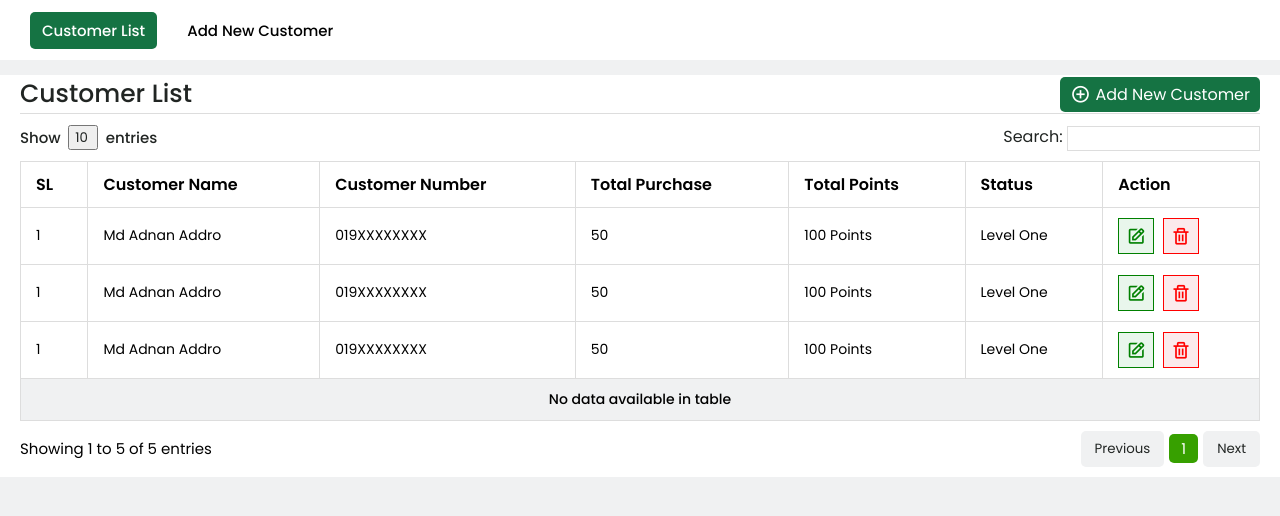
Repository: codebyaddro/customer-page
Page: customer.html
An editor plug-in stored every save of this project. The page is shown before and after a run of saves, followed by the edit.
The browser window is 1280 px wide. The pictures show the whole page.

Above is the page before, as saved 2025-02-20 14:33:01.

### customer.html
<!DOCTYPE html>
<html lang="en">
<head>
    <meta charset="UTF-8">
    <meta name="viewport" content="width=device-width, initial-scale=1.0">
    <!-- CSS -->
    <link rel="stylesheet" href="css/customer.css">
    <!-- Icons -->
    <link href='https://unpkg.com/boxicons@2.1.4/css/boxicons.min.css' rel='stylesheet'>
    <title>Customer - Page</title>
</head>
<body style="background-color: var(--gray-white);">
    <div class="cba-customer-container">
        <div class="cba-cusc-top-menus">
            <ul>
                <li><a href="/index.html" class="cba-cusc-active-menu">Customer List</a></li>
                <li><a href="/inner-pages/html/anc.html" class="cba-cusc-light-up">Add New Customer</a></li>
            </ul>
        </div>
        <div class="cba-cusc-list-container">
            <div class="cba-cusc-heading-add-new-btn">
                <div class="cba-cusc-heading">
                    <h2>Customer List</h2>
                </div>
                <div class="cba-cusc-add-new-btn">
                    <i class='cba-cusc-add-icon bx bx-plus-circle'></i>
                    <a href="/inner-pages/html/anc.html">Add New Customer</a>
                </div>
            </div>
            <div class="cba-cusc-list-short-dpdwn-search-box">
                <div class="cba-cusc-list-short-dpdwn">
                    <h3>Show</h3>
                    <select name="10" id="">
                        <option value="">10</option>
                        <option value="">20</option>
                        <option value="">30</option>
                        <option value="">All</option>
                    </select>
                    <h3>entries</h3>
                </div>
                <div class="cba-cusc-search-box">
                    <legend>Search: <input type="text"></legend>
                </div>
            </div>
            <div class="cba-cusc-table-list">
                <table>
                    <thead>
                        <tr>
                            <th title="SL">SL</th>
                            <th title="Code">Customer Name</th>
                            <th title="Category Name">Customer Number</th>
                            <th title="Status">Total Purchase</th>
                            <th title="Status">Total Points</th>
                            <th title="Status">Status</th>
                            <th title="Action">Action</th>
                        </tr>
                    </thead>
                    <tbody>
                        <tr>
                            <td>1</td>
                            <td>Md Adnan Addro</td>
                            <td>019XXXXXXXX</td>
                            <td>50</td>
                            <td><span>100</span> Points</td>
                            <td><span class="cba-cusc-ls1">Level One</span></td>
                            <td>
                                <a title="Edit" href="#"><i class='cba-cusc-edit-icon bx bx-edit'></i></a>
                                <a title="Delete" href="#"><i class='cba-cusc-delete-icon bx bx-trash'></i></a>
                            </td>
                        </tr>
                        <tr>
                            <td>1</td>
                            <td>Md Adnan Addro</td>
                            <td>019XXXXXXXX</td>
                            <td>50</td>
                            <td><span>100</span> Points</td>
                            <td><span class="cba-cusc-ls1">Level One</span></td>
                            <td>
                                <a title="Edit" href="#"><i class='cba-cusc-edit-icon bx bx-edit'></i></a>
                                <a title="Delete" href="#"><i class='cba-cusc-delete-icon bx bx-trash'></i></a>
                            </td>
                        </tr>
                        <tr>
                            <td>1</td>
                            <td>Md Adnan Addro</td>
                            <td>019XXXXXXXX</td>
                            <td>50</td>
                            <td><span>100</span> Points</td>
                            <td><span class="cba-cusc-ls1">Level One</span></td>
                            <td>
                                <a title="Edit" href="#"><i class='cba-cusc-edit-icon bx bx-edit'></i></a>
                                <a title="Delete" href="#"><i class='cba-cusc-delete-icon bx bx-trash'></i></a>
                            </td>
                        </tr>
                        <tr class="cba-cusc-no-data-available">
                            <th colspan="7">No data available in table</th>
                        </tr>
                    </tbody>
                </table>
            </div>
            <div class="cba-cusc-entries-details-list-page-btn">
                <div class="cba-cusc-entries-details">
                    Showing <span>1</span> to <span>5</span> of <span>5</span> entries
                </div>
                <div class="cba-cusc-list-page-btn">
                    <button>Previous</button>
                    <h4><span>1</span></h4>
                    <button>Next</button>
                </div>
            </div>
        </div>
    </div>
</body>
</html>

### css/customer.css
/* -- fonts -- */
@import url('https://fonts.googleapis.com/css2?family=Poppins:ital,wght@0,100;0,200;0,300;0,400;0,500;0,600;0,700;0,800;0,900;1,100;1,200;1,300;1,400;1,500;1,600;1,700;1,800;1,900&family=Raleway:ital,wght@0,100..900;1,100..900&family=Roboto:ital,wght@0,100;0,300;0,400;0,500;0,700;0,900;1,100;1,300;1,400;1,500;1,700;1,900&family=VT323&display=swap');

/* -- root -- */

:root {
    --gray-white: #F0F1F2; /* For body*/
    --white: #FFFFFF;
    --black: #000000;
    --gray-black: #DDDDDD;
    --lt-black: #212523;
    --lt-black-op: #21252350;
    --main-green: #157343;
    --main-lt: #37A000;
    --lt-orange: #FD7E14;
    --green: #008000;
    --lt-green: #e9f6ec;
    --red: #FF0000;
    --lt-red: #fbeaec;
    --blue: #0000FF;
    --lt-blue: #e6e6ff;
}

/* --universal style -- */

* {
    margin: 0;
    padding: 0;
    box-sizing: border-box;
    font-family: "Poppins", serif;
}

/* -- website app text selection cursor style */

::selection {
    color: var(--white);
    background-color: var(--main-lt);
}

/* -- customer container style -- */

.cba-customer-container {
    width: 100%;
    /* margin-top: 25px; */
}

/* -- top menus style--  */

.cba-cusc-top-menus {
    background-color: var(--white);
    display: flex;
    justify-content: left;
    align-items: center;
    height: 60px;
    padding: 10px 50px;
    margin-bottom: 15px;
}

.cba-cusc-top-menus ul {
    list-style-type: none;
    display: flex;
    gap: 30px;
    margin-left: -20px;
}

.cba-cusc-top-menus ul li a {
    text-decoration: none;
    color: var(--black);
    font-size: 15px;
    font-weight: 500;
}

/* -- active menu style -- */

.cba-cusc-active-menu {
    color: var(--white)!important;
    background-color: var(--main-green);
    padding: 8px 12px;
    border-radius: 5px;
}

/* -- menu hover style -- */

.cba-cusc-light-up:hover {
    color: var(--lt-orange);
}

/* -- list container style -- */

.cba-cusc-list-container {
    background-color: var(--white);
    padding: 0px 20px;
}

/* -- heading-add-new-btn style -- */

.cba-cusc-heading-add-new-btn {
    display: flex;
    justify-content: space-between;
    align-items: center;
    border-bottom: 1px solid var(--gray-black) ;
}

.cba-cusc-heading h2 {
    color: var(--lt-black);
    font-size: 25px;
    font-weight: 500;
}

/* -- add-new-btn style -- */

.cba-cusc-add-new-btn {
    display: flex;
    gap: 5px;
    justify-content: baseline;
    align-items: center;
}

.cba-cusc-add-new-btn {
    background-color: var(--main-green);
    padding: 5px 10px;
    border-radius: 5px;
}

.cba-cusc-add-new-btn a {
    color: var(--white);
    text-decoration: none;
}

.cba-cusc-add-icon {
    color: var(--white);
    font-size: 20px;
}

/* -- list-short-dpdwn-search-box style -- */

.cba-cusc-list-short-dpdwn-search-box {
    display: flex;
    justify-content: space-between;
    align-items: center;
    padding: 10px 0px;
}

/* -- list-short-dpdwn style -- */

.cba-cusc-list-short-dpdwn {
    display: flex;
    gap: 7.5px;
    align-items: center;
}

.cba-cusc-list-short-dpdwn h3 {
    color: var(--lt-black);
    font-size: 15px;
    font-weight: 500;
}

.cba-cusc-list-short-dpdwn select {
    color: var(--lt-black);
    appearance: none;
    height: 25px;
    width: 30px;
    padding-left: 6px;
    outline: none;
    border-radius: 2.5px;
}

/* -- search-box style -- */

.cba-cusc-search-box {
    display: flex;
    align-items: center;
}

.cba-cusc-search-box legend {
    color: var(--lt-black);
}

.cba-cusc-search-box input {
    outline: none;
    height: 25px;
    width: 193px;
    border: 1px solid var(--gray-black);
}

/* -- table-list style --*/

table {
    border-collapse: collapse;
    width: 100%;
}

@media (max-width: 768px) {
    table {
        width: 100%;
        padding: 0rem;
        display: block;
        overflow-x: scroll;
        overflow-y: hidden;
        scrollbar-width: thin;
        scrollbar-color: var(--black);
    }
}

/* -- thead style -- */

thead {
    cursor: pointer;
}

th, td {
    border: 1px solid var(--gray-black);
    padding: 10px 15px;
}

thead tr th {
    font-size: 1rem;
    font-weight: 600;
    text-align: left;
}

tbody tr td {
    font-size: 0.875rem;
}

tbody tr:hover {
    background-color: var(--gray-white);
}

/* -- tbody style -- */

/* status style */

.cba-cusc-active {
    color: var(--green);
    background-color: var(--lt-green);
    font-size: 12px;
    font-weight: 500;
    padding: 2.5px 7.5px;
    border-radius: 5px;
}

.cba-cusc-inactive {
    color: var(--red);
    background-color: var(--lt-red);
    font-size: 12px;
    font-weight: 500;
    padding: 2.5px 7.5px;
    border-radius: 5px;
}

/* -- action style -- */

.cba-cusc-edit-icon {
    color: var(--green);
    background-color: var(--lt-green);
    padding: 7px 7px;
    margin-right: 2.5px;
    border: 1px solid var(--green);
    font-size: 20px;
}

.cba-cusc-edit-icon:hover {
    background-color: var(--lt-black-op);
}

.cba-cusc-delete-icon {
    color: var(--red);
    background-color: var(--lt-red);
    padding: 7px 7px;
    margin-left: 2.5px;
    border: 1px solid var(--red);
    font-size: 20px;
}

.cba-cusc-delete-icon:hover {
    background-color: var(--lt-black-op);
}

/* -- no data style */

.cba-cusc-no-data-available th {
    font-size: 14px;
    font-weight:500;
    color: var(--black);
    background-color: var(--gray-white);
}

/* -- entries-details-list-page-btn style -- */

.cba-cusc-entries-details-list-page-btn {
    display: flex;
    justify-content: space-between;
    align-items: center;
    padding: 10px 0px;
}

.cba-cusc-entries-details {
    color: var(--black);
    font-size: 15px;
}

.cba-cusc-list-page-btn {
    display: flex;
    gap: 5px;
    align-items: center;
}

.cba-cusc-list-page-btn button {
    color: var(--lt-black);
    background-color: var(--gray-white);
    padding: 8px 14px;
    border: none;
    border-radius: 5px;
    cursor: pointer;
}

.cba-cusc-list-page-btn > h4 {
    color: var(--white);
    background-color: var(--main-lt);
    font-size: 15px;
    font-weight: 400;
    padding: 3px 12px;
    border-radius: 5px;
}

After the next 2 saves:
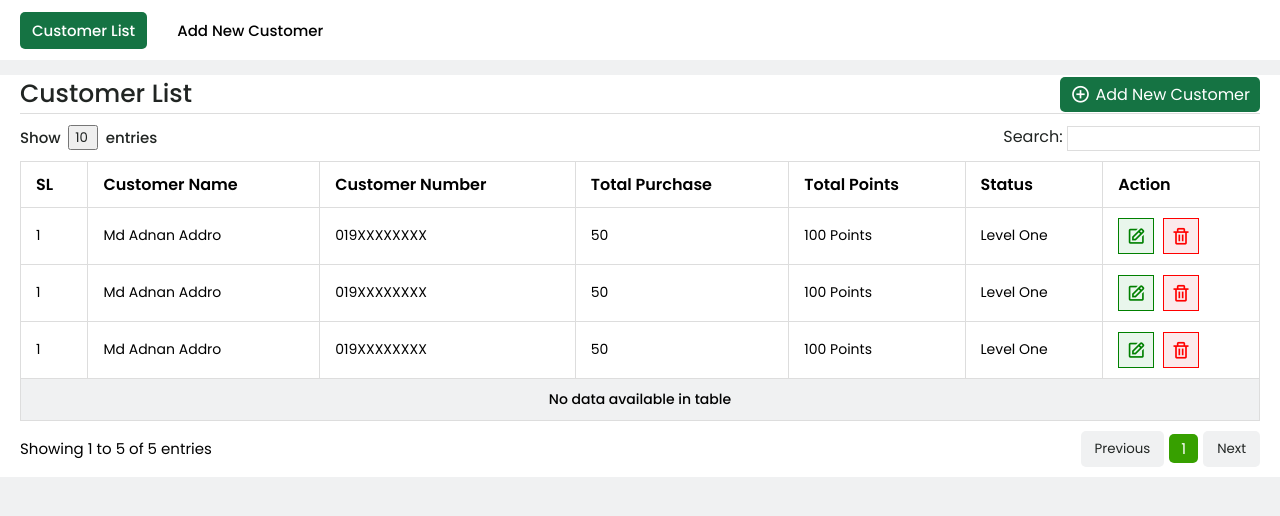
The 2 saves are shown as one change because they came seconds apart.
The last was saved 12 s later.
--- a/css/customer.css
+++ b/css/customer.css
@@ -52,7 +52,7 @@
     justify-content: left;
     align-items: center;
     height: 60px;
-    padding: 10px 50px;
+    padding: 10px 40px;
     margin-bottom: 15px;
 }
 
